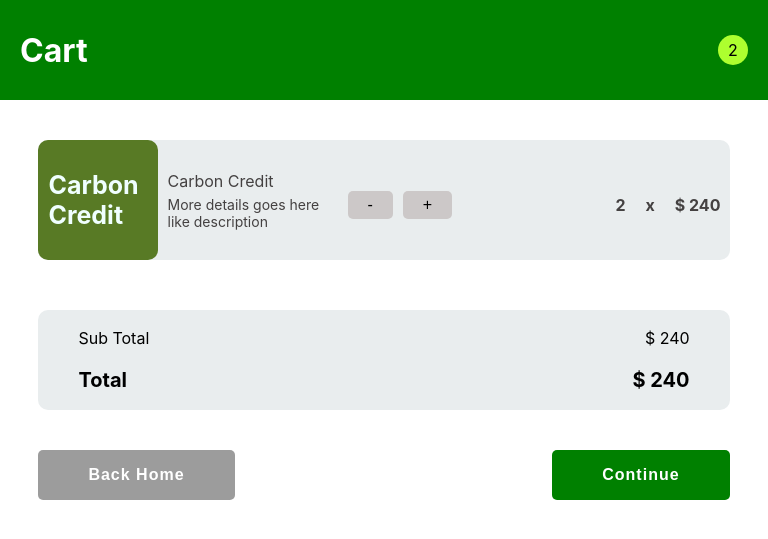
Repository: Yowani24/CarbonApp
Page: /cart
The author's editor kept a copy of each file at every save. The page is drawn from the files as they stood at one save, then again after the next save.
The browser window is 768 px wide. The pictures show the whole page.
The project was rebuilt for these pictures with package versions that can differ from the ones it lists, and the page was loaded fresh each time. The framework's server and built-in components were replaced by stand-ins that run in the browser. Also part of the build but not shown: next.config.js.

Above is the page before, as saved 2021-09-26 22:54:47.

After the next save:
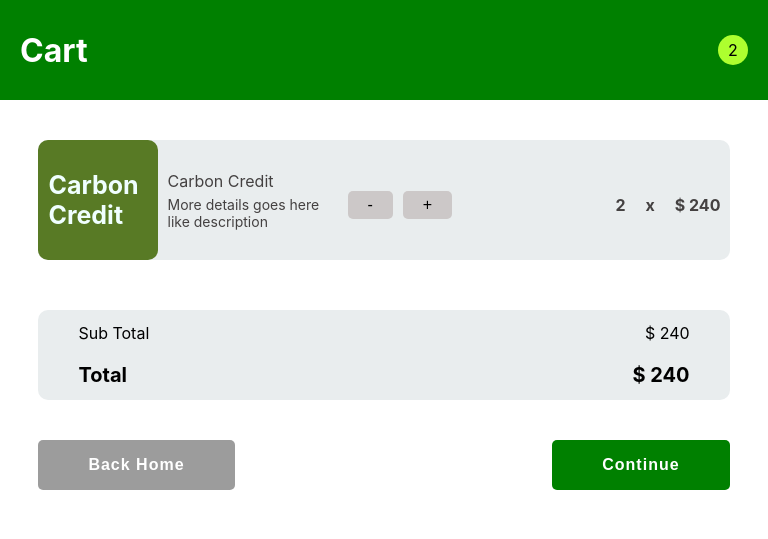
Saved 5 s later.
--- a/pages/cart/Cart.module.css
+++ b/pages/cart/Cart.module.css
@@ -191,7 +191,7 @@
 }
 @media (max-width: 780px){
     .total_to_pay_box{
-        height: 100px;
+        height: 90px;
         width: 90%;
         margin: 0 auto;
         margin-top: 50px;

After the save that followed:
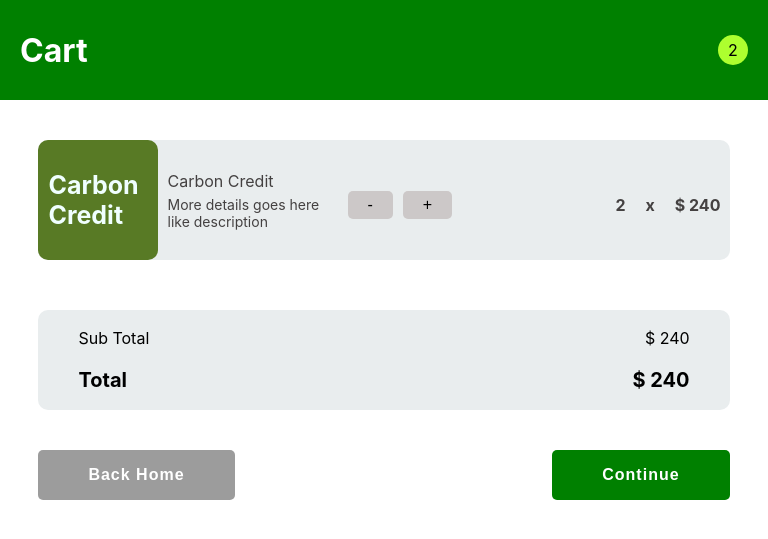
Saved 4 s later.
--- a/pages/cart/Cart.module.css
+++ b/pages/cart/Cart.module.css
@@ -191,7 +191,7 @@
 }
 @media (max-width: 780px){
     .total_to_pay_box{
-        height: 90px;
+        height: 100px;
         width: 90%;
         margin: 0 auto;
         margin-top: 50px;
